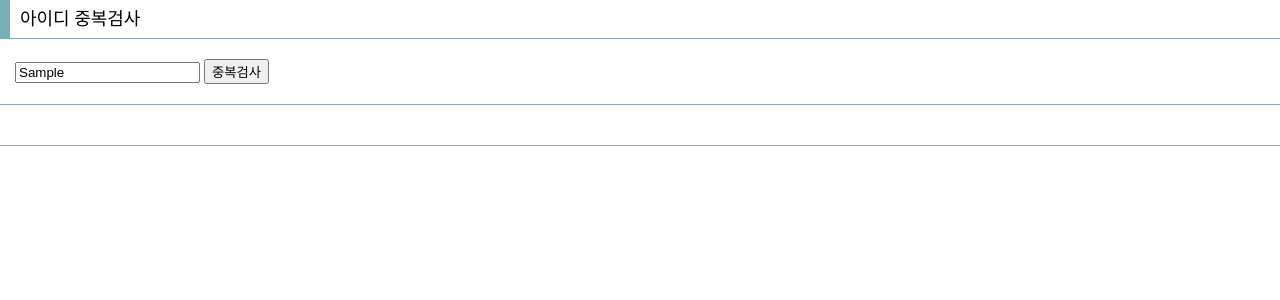
Repository: Choiinhwan11/JAVA
Page: Web/workspace/AJax_jQuery/src/main/webapp/02_xml/exam03.html
An editor plug-in stored every save of this project. The page is shown before and after the next save, followed by the edit.
The browser window is 1280 px wide. The pictures show the whole page.
Empty fields were first filled with sample values (such as "Sample", 5 or name@example.com).
After loading, the first visible `#check_id` was clicked once.

Above is the page before, as saved 2024-02-16 07:11:55.

After the next save:
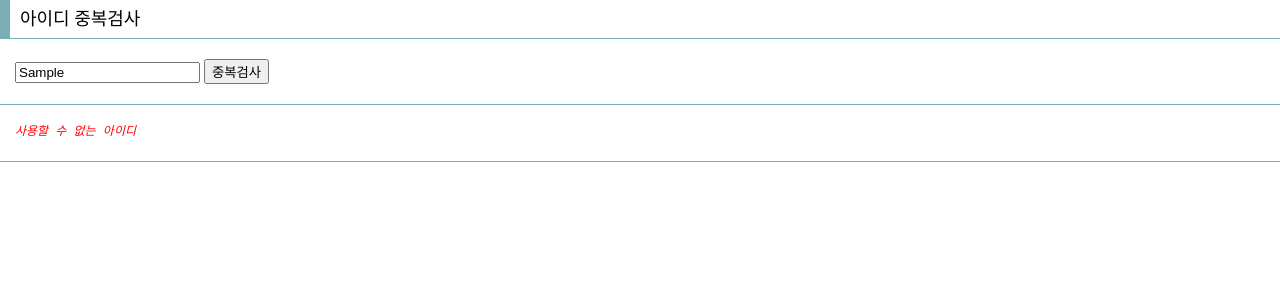
Saved 2 min 24 s later.
--- a/Web/workspace/AJax_jQuery/src/main/webapp/02_xml/exam03.html
+++ b/Web/workspace/AJax_jQuery/src/main/webapp/02_xml/exam03.html
@@ -23,15 +23,17 @@
 				  $('input[name="user_id"]').focus();
 				  return false;
 			  }
-
 			  $.get('../checkId/checkId.jsp', {'user_id' : user_id}, function(data){
 				  console.log(data);
 				  var result_txt = $(data).find('result').text();
 				  //"true" => true 변환, 문자열 =>boolean 변환
 				  var result=  eval("25 + 3");
+				  if(result){
+					  $('.console').html('<span style="color: red;">사용할 수 없는 아이디</span>');
+				  }else{
+					  $('.console').html('<span style="color: red;">사용 가능한 아이디</span>');
+				  }
 			  });
-
-
 		   });
 	   });
 	 </script>
